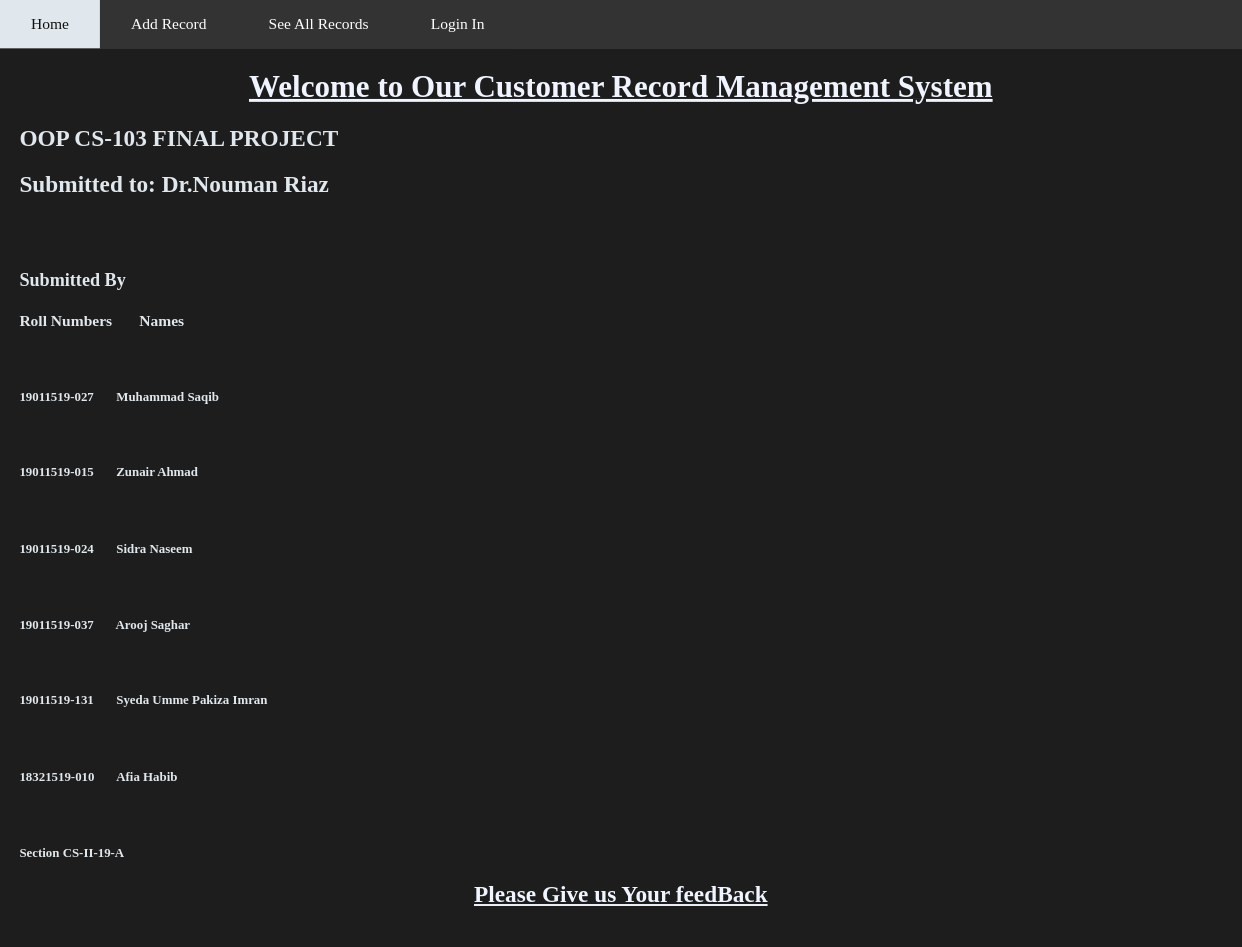
Repository: MUHAMMAD-SAQIB-2000/SpringBoot
Page: http://localhost/WebServiceRecordManagementSystem/home.jsp
These files come from the project's save history. The page is drawn as it stood at one moment and after the next save; the edit follows.
The browser window is 1280 px wide. The pictures show the whole page, at 97% of full size.
The page is served by Tomcat 9. Other server files are loaded and not shown.

Above is the page before, as saved 2020-08-12 16:38:16.

### WebServiceRecordManagementSystem/src/main/webapp/home.jsp
<%@ page language="java" contentType="text/html; charset=ISO-8859-1"
	pageEncoding="ISO-8859-1"%>
<!DOCTYPE html>
<html>
<head>
<meta charset="ISO-8859-1">
<title>Record Management System</title>
<link rel="stylesheet" href="style.css">
</head>
<body>
	<div>
		<ul>
			<li><a class="active" onclick="window.location.href = '${pageContext.request.contextPath}/home'">Home</a></li>
			<li><a onclick="window.location.href = '${pageContext.request.contextPath}/addCustomerForm'">Add Record</a></li>
			<li><a onclick="window.location.href = '${pageContext.request.contextPath}/displayAllCustomers'">See All Records</a></li>
			<li><a href="#about">Login In</a></li>
		</ul>
	</div>

	<div class="mainBody">
		<h1 class="h">Welcome to Our Customer Record Management System</h1>
		<h2>OOP CS-103 FINAL PROJECT</h2>
		<h2><bold>Submitted to:</bold> Dr.Nouman Riaz </h2>
		<br><br>
		<h3>Submitted By </h3>
		<h4>Roll Numbers &nbsp;&nbsp;&nbsp;&nbsp;&nbsp; Names</h4>
		<br>
		<h5>19011519-027 &nbsp;&nbsp;&nbsp;&nbsp;&nbsp; Muhammad Saqib</h5>
		<br>
		<h5>19011519-015 &nbsp;&nbsp;&nbsp;&nbsp;&nbsp; Zunair Ahmad</h5>
		<br>
		<h5>19011519-024 &nbsp;&nbsp;&nbsp;&nbsp;&nbsp; Sidra Naseem</h5>
		<br>
		<h5>19011519-037 &nbsp;&nbsp;&nbsp;&nbsp;&nbsp; Arooj Saghar</h5>
		<br>
		<h5>19011519-131 &nbsp;&nbsp;&nbsp;&nbsp;&nbsp; Syeda Umme Pakiza Imran</h5>
		<br>
		<h5>18321519-010 &nbsp;&nbsp;&nbsp;&nbsp;&nbsp; Afia Habib</h5>
		<br>
		<h5><bold> Section</bold> CS-II-19-A</h5>

		<h2 class="h">Please Give us Your feedBack</h2>
	</div>

</body>
</html>

### WebServiceRecordManagementSystem/src/main/webapp/style.css
@charset "ISO-8859-1";

body {
	margin: 0px;
	padding: 0px;
	background-color:#1d1d1d;
}

ul {
	list-style-type: none;
	margin: 0;
	padding: 0;
	overflow: hidden;
	background-color: #333;
	position: fixed;
	top: 0;
	width: 100%;
}

li {
	float: left;
}

li a {
	display: block;
	color: white;
	text-align: center;
	padding: 16px 32px;
	text-decoration: none;
	font-size:16px;
}

li a:hover {
	background-color: #E1E8ED;
	color:#111;
}

.active {
	background-color:#008CBA;
	color:#fff;
	transition-duration: 0.4s;
	cursor: pointer;
}
.mainBody{
	padding: 20px 20px;
	margin-top:30px;
}

.h {
	color: #eff4ff;
	text-align: center;
	text-decoration: underline;
}
h2,h3,h4,h5{
	color: #E1E8ED;
}
table, th, td {
	background-color: #E1E8ED;
	color: #111;
	text-align: center;
	border: 2px solid #008CBA;
	margin: 10px;
	padding: 5px;
}

th:hover, td:hover {
	border: 2px solid #111;
	background-color: #008CBA;
	color: white;
	transition-duration: 0.4s;
	cursor: pointer;
}

.tableCSS {
	background-color: #E1E8ED;
	color: #111;
	margin-top:5%;
	margin-left:20%;
}

.button {
	border: none;
	color: white;
	padding: 8px 24px;
	text-align: center;
	text-decoration: none;
	display: inline-block;
	font-size: 12px;
	margin: 4px 2px;
	transition-duration: 0.4s;
	cursor: pointer;
}

.button2 {
	background-color: #E1E8ED;
	color: black;
	border: 2px solid #008CBA;
}

.button2:hover {
	background-color: #008CBA;
	color: white;
}

.form {
	text-align: left;
	margin-left: 50px;
}

form {
	width: 100%;
	padding: 12px 20px;
	margin: 8px 0;
	box-sizing: border-box;
}

.title {
	font-size: 25px;
	color: #eff4ff;
}
.para{
	font-size: 14px;
	color: #eff4ff;
}
select {
  width: 20%;
  padding: 12px 16px;
  border: none;
  border-radius: 4px;
  background-color: #f1f1f1;
}
.inputForm {
	width: 30%;
	padding: 10px 18px;
	margin: 6px 0;
	box-sizing: border-box;
	background-color: #F7F7F7;
	color: #111;
	border: 2px solid #00aba9;
  	border-radius: 4px;
}
.inputForm:focus {
  border: 3px solid #555;
}
radiobutton {
	size: 10px;
}

option:hover {
	background-color: #008CBA;
	color: white;
}

a {
	text-decoration: none;
	color: #111;
}

a:hover {
	color: #fff;
	font-size: 16px;
}
.foter{
	background-color: #111;
	color:#fff;
	font-size:20px;
}

After the next save:
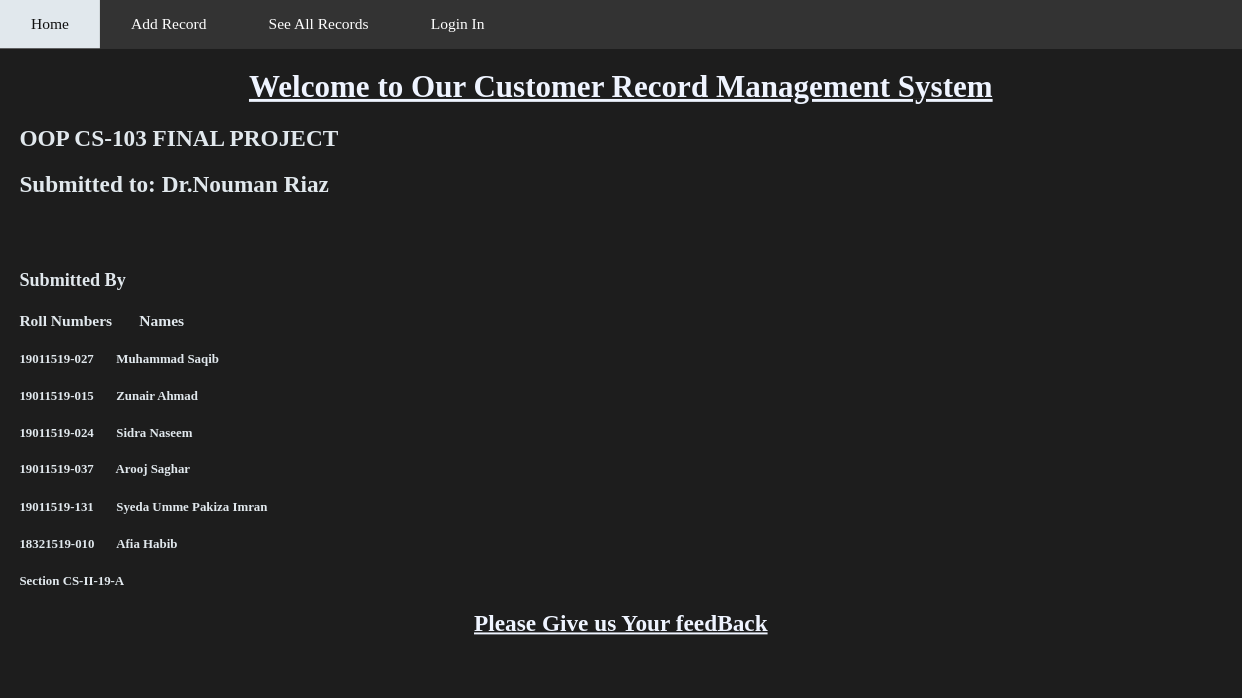
Saved 34 s later.
--- a/WebServiceRecordManagementSystem/src/main/webapp/home.jsp
+++ b/WebServiceRecordManagementSystem/src/main/webapp/home.jsp
@@ -24,19 +24,12 @@
 		<br><br>
 		<h3>Submitted By </h3>
 		<h4>Roll Numbers &nbsp;&nbsp;&nbsp;&nbsp;&nbsp; Names</h4>
-		<br>
 		<h5>19011519-027 &nbsp;&nbsp;&nbsp;&nbsp;&nbsp; Muhammad Saqib</h5>
-		<br>
 		<h5>19011519-015 &nbsp;&nbsp;&nbsp;&nbsp;&nbsp; Zunair Ahmad</h5>
-		<br>
 		<h5>19011519-024 &nbsp;&nbsp;&nbsp;&nbsp;&nbsp; Sidra Naseem</h5>
-		<br>
 		<h5>19011519-037 &nbsp;&nbsp;&nbsp;&nbsp;&nbsp; Arooj Saghar</h5>
-		<br>
 		<h5>19011519-131 &nbsp;&nbsp;&nbsp;&nbsp;&nbsp; Syeda Umme Pakiza Imran</h5>
-		<br>
 		<h5>18321519-010 &nbsp;&nbsp;&nbsp;&nbsp;&nbsp; Afia Habib</h5>
-		<br>
 		<h5><bold> Section</bold> CS-II-19-A</h5>
 
 		<h2 class="h">Please Give us Your feedBack</h2>
